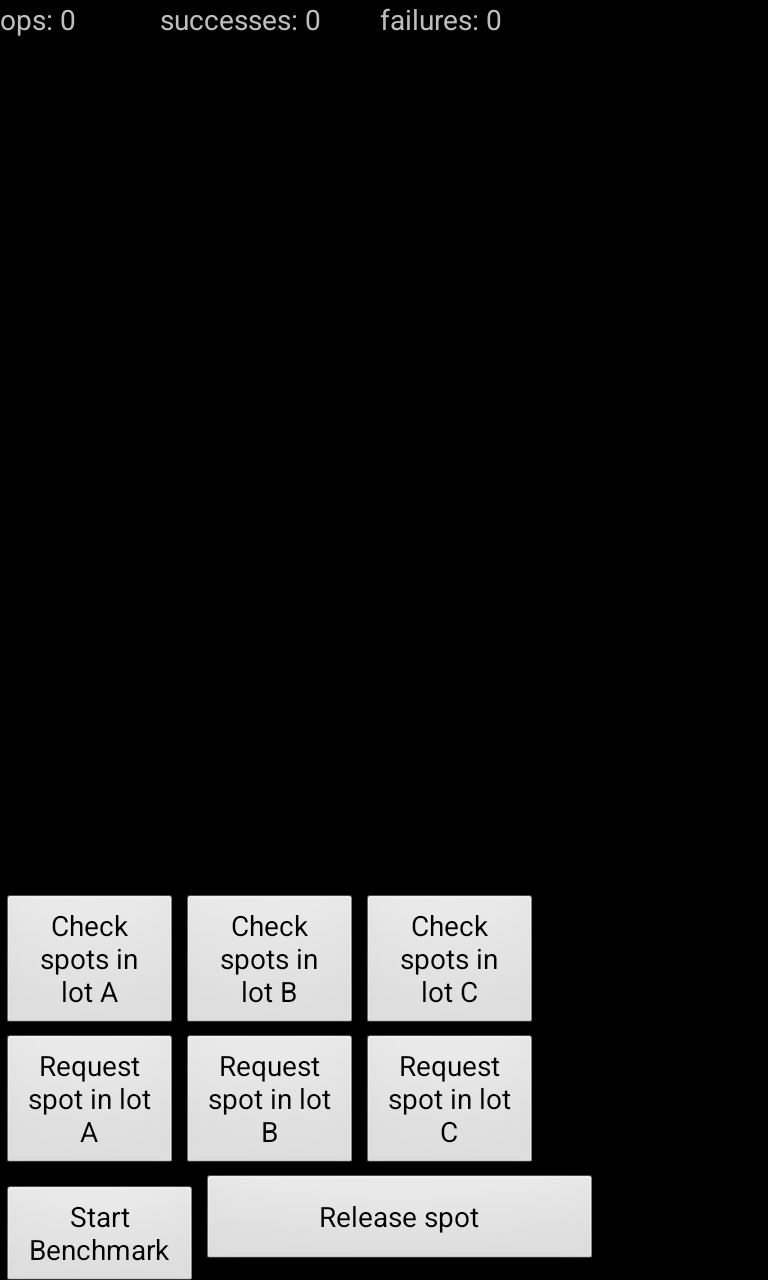
Repository: jasongao/csmcode
Layout: current/workspace/SMCloud/res/layout/main.xml
An editor plug-in stored every save of this project. The layout is shown before and after the next save, followed by the edit.
It is drawn on a 768 x 1280 px phone screen (xhdpi) without system bars, with theme android:Theme; the app's code is not run. Lists and similar views that code fills are empty.

Above is the layout before, as saved 2011-07-14 16:16:50.

### current/workspace/SMCloud/res/layout/main.xml
<?xml version="1.0" encoding="utf-8"?>
<LinearLayout xmlns:android="http://schemas.android.com/apk/res/android"
	android:orientation="vertical" android:layout_width="fill_parent"
	android:layout_height="fill_parent">

	<LinearLayout android:layout_width="match_parent"
		android:layout_height="wrap_content" android:id="@+id/CountInfoLayout">
		<TextView android:text="ops: 0" android:layout_height="wrap_content"
			android:id="@+id/opcount_tv" android:layout_width="80dip"></TextView>
		<TextView android:text="successes: 0" android:layout_height="wrap_content"
			android:id="@+id/successcount_tv" android:layout_width="110dip"></TextView>
		<TextView android:text="failures: 0" android:layout_height="wrap_content"
			android:id="@+id/failurecount_tv" android:layout_width="90dip"></TextView>
	</LinearLayout>

	<ListView android:id="@+id/msgList" android:layout_width="fill_parent"
		android:layout_height="fill_parent" android:stackFromBottom="true"
		android:transcriptMode="alwaysScroll" android:layout_weight="1">
	</ListView>

	<LinearLayout android:layout_width="fill_parent"
		android:orientation="horizontal" android:layout_height="wrap_content"
		android:id="@+id/CheckSpotLayout">
		<Button android:layout_height="wrap_content"
			android:layout_width="90dip" android:text="Check spots in lot A"
			android:id="@+id/readparkingA_button"></Button>
		<Button android:layout_height="wrap_content"
			android:layout_width="90dip" android:text="Check spots in lot B"
			android:id="@+id/readparkingB_button"></Button>
		<Button android:layout_height="wrap_content"
			android:layout_width="90dip" android:text="Check spots in lot C"
			android:id="@+id/readparkingC_button"></Button>
	</LinearLayout>

	<LinearLayout android:layout_width="fill_parent"
		android:orientation="horizontal" android:layout_height="wrap_content"
		android:id="@+id/RequestSpotLayout">
		<Button android:layout_height="wrap_content"
			android:layout_width="90dip" android:text="Request spot in lot A"
			android:id="@+id/requestparkingA_button"></Button>
		<Button android:layout_height="wrap_content"
			android:layout_width="90dip" android:text="Request spot in lot B"
			android:id="@+id/requestparkingB_button"></Button>
		<Button android:layout_height="wrap_content"
			android:layout_width="90dip" android:text="Request spot in lot C"
			android:id="@+id/requestparkingC_button"></Button>
	</LinearLayout>

	<LinearLayout android:layout_width="fill_parent"
		android:orientation="horizontal" android:layout_height="wrap_content"
		android:id="@+id/RequestLayout">
		<Button android:layout_height="wrap_content"
			android:layout_width="100dip" android:text="Start Benchmark"
			android:id="@+id/testcsm_button"></Button>
		<Button android:layout_height="wrap_content"
			android:layout_width="200dip" android:text="Release spot"
			android:id="@+id/releaseparking_button"></Button>
	</LinearLayout>

</LinearLayout>

After the next save:
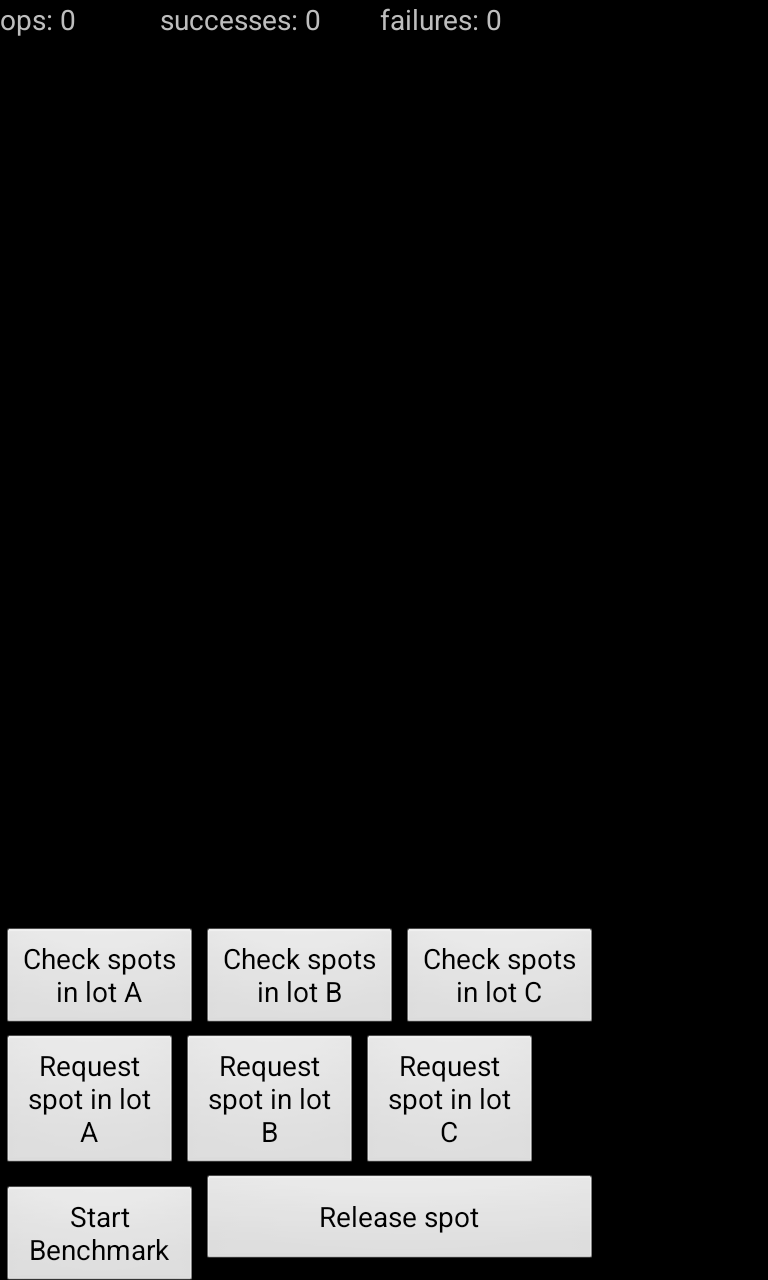
Saved 9 s later.
--- a/current/workspace/SMCloud/res/layout/main.xml
+++ b/current/workspace/SMCloud/res/layout/main.xml
@@ -22,13 +22,13 @@
 		android:orientation="horizontal" android:layout_height="wrap_content"
 		android:id="@+id/CheckSpotLayout">
 		<Button android:layout_height="wrap_content"
-			android:layout_width="90dip" android:text="Check spots in lot A"
+			android:layout_width="100dip" android:text="Check spots in lot A"
 			android:id="@+id/readparkingA_button"></Button>
 		<Button android:layout_height="wrap_content"
-			android:layout_width="90dip" android:text="Check spots in lot B"
+			android:layout_width="100dip" android:text="Check spots in lot B"
 			android:id="@+id/readparkingB_button"></Button>
 		<Button android:layout_height="wrap_content"
-			android:layout_width="90dip" android:text="Check spots in lot C"
+			android:layout_width="100dip" android:text="Check spots in lot C"
 			android:id="@+id/readparkingC_button"></Button>
 	</LinearLayout>
 
